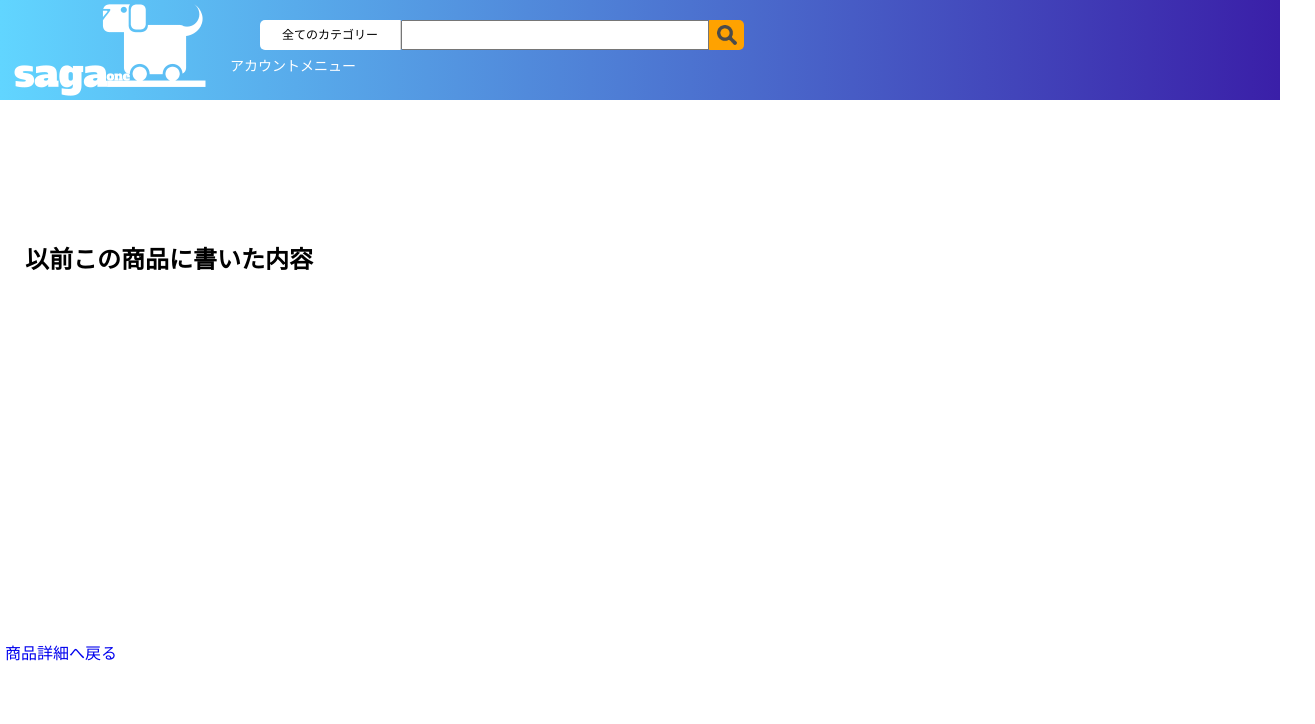
Repository: a4b3c2d1/backup
Page: http://localhost/sagaone-master/reviewCheck.jsp
These files come from the project's save history. The page is drawn as it stood at one moment and after the next save; the edit follows.
The browser window is 1280 px wide. The page is 1315 px wide, so the pictures cover 1315 px, including what lies to the right of the window. The pictures show the whole page.
The page is served by Tomcat 9. Other server files are loaded and not shown.

Above is the page before, as saved 2018-01-21 05:17:49.

### sagaone-master/WebContent/reviewCheck.jsp
<%@ page language="java" contentType="text/html; charset=UTF-8"
	pageEncoding="UTF-8"%>
<%@ taglib prefix="s" uri="/struts-tags"%>

<!DOCTYPE html PUBLIC "-//W3C//DTD HTML 4.01 Transitional//EN" "http://www.w3.org/TR/html4/loose.dtd">
<html>
<head>
<meta http-equiv="Content-Type" content="text/html; charset=UTF-8">
<meta http-equiv="Content-Script-Type" content="text/javascript" />
<meta http-equiv="Content-Style-Type" content="text/css" />
<link rel="stylesheet" type="text/css" href="./css/style.css">
<title>レビュー表示</title>
<style type="text/css">
a {
	text-decoration: none;
}

a:visited {
	color: #0066c0;
	text-decoration: none
}

#main {
	margin-top: 100px;
	margin-bottom: 60px;
	min-height: 100%;
	height: auto !important;
	height: 100%;
	position: relative;
}

.main1 {
	padding: 20px;
	width: 100%;
	height: 400px;
}

.rating {
	float: left;
	position: relative;
	width: 5em;
	height: 100px;
	font-size: 40px;
}

.rating-front {
	position: absolute;
	top: 0;
	left: 0;
	overflow: hidden;
	color: #ffcc33;
}

.rating-back {
	color: #ccc;
}

.botton1 {
	float: right;
	margin: 10px;
}

.main2 {
	width: 100%;
	clear: both;
}

.a:hover {
	color: #eb1515;
	cursor: pointer;
	text-decoration: underline;
}

.review2 {
	height: 250px;
	float: left;
	width: 650px;
}

.text {
	border: solid;
	border-width: 1px;
	width: 600px;
	font-size: 20px;
	min-height: 200px;
	font-family: monospace;
	border-color: rgb(169, 169, 169);
}

</style>

<script type="text/javascript">
	function showConfirm() {

		if (window.confirm('削除してもよろしいですか？')) {
			window.alert("削除されました")
			return true;
		} else {
			return false;
		}
	}
</script>
</head>
<header>


<div id="main-logo">
	<img src="./css/sagaone_logo.png" height="100px">
</div>

<div id="search-form">

	<s:form action="SearchItemAction">
		<div id="search-box">
			<select name="itemCategory" id="category">
				<option value="0">全てのカテゴリー</option>
				<option value="1">本</option>
				<option value="2">家電・パソコン</option>
				<option value="3">おもちゃ・ゲーム</option>
			</select> <input type="text" name="searchWord" id="search" />
		</div>
		<div class="search-btn">
			<input type="image" src="./css/searchIcon.png" width="20" height="20"
				class="icon" />
		</div>
	</s:form>
</div>

<div id="header-container">

	<ul id="normal" class="dropmenu">

		<li><s:if test="session.loginUserId != null">
				<s:property value="#session.loginUserId" />でログイン中
					</s:if></li>

		<li>アカウントメニュー
			<ul>
				<s:if test="session.loginUserId != null">
					<li><s:form action="MyPageAction">
							<s:submit value="マイページ" cssClass="b-btn" />
						</s:form></li>
				</s:if>

				<s:if test="session == null">
					<li><s:form action="LoginPageAction">
							<s:submit value="ログイン画面へ" cssClass="b-btn" />
						</s:form></li>
				</s:if>

				<s:if test="session.loginUser == null">
					<li><s:form action="LoginPageAction">
							<s:submit value="ログイン画面へ" cssClass="b-btn" />
						</s:form></li>
				</s:if>

				<s:if test="session.loginUser != null">
					<li><s:form action="LogoutAction">
							<s:submit value="ログアウト" cssClass="b-btn" />
						</s:form></li>
				</s:if>

				<li><s:form action="UserCreateAction">
						<s:submit value="ユーザー登録" cssClass="b-btn" />
					</s:form></li>

				<li><s:form action="ItemAction">
						<s:hidden name="offset" value="0"></s:hidden>
						<s:submit value="商品一覧" cssClass="b-btn" />
					</s:form></li>

				<li><s:form action="CartAction">
						<s:hidden name="cartFlg" value="1"></s:hidden>
						<s:submit value="カート確認" cssClass="b-btn" />
					</s:form></li>

				<s:if test="session.loginUser != null">
					<li><s:form action="PaymentAction">
							<s:submit value="決済" cssClass="b-btn" />
						</s:form></li>
				</s:if>
			</ul>
		</li>
	</ul>
</div>


</header>
<body>
	<div id="main">

		<div class="main1">

			<h2>以前この商品に書いた内容</h2>
			<s:iterator value="#session.reviewDTOList">

				<div class="review1">
					<span>ユーザー名： <s:property value="user_id" /></span> <br> <span>
						書き込み日：<s:property value="update_date" />
					</span>
				</div>

				<div class="rating">
					<div class="rating-front"
						style="width:calc(<s:property value="value" />*20%)">★★★★★</div>
					<div class="rating-back">★★★★★</div>
				</div>

				<div class="review2">
					<div class="text">
						<s:property value="review" />
					</div>

					<s:form action="ReviewEditAction">
						<input type="hidden" name="changeflg" value="1"></input>
						<span class="botton1"> <s:submit value="新しく書き直す"></s:submit></span>

					</s:form>
					<br>
					<s:form action="ReviewEditAction" onSubmit="return showConfirm()">
						<input type="hidden" name="deleteflg" value="1"></input>
						<span class="botton1"> <s:submit value="削除する"></s:submit></span>
					</s:form>
				</div>
			</s:iterator>
		</div>
		<div class="main2">

			<a
				href='<s:url action="ItemDetailAction"><s:param name="product_id" value="session.review_product_id" /><s:param name="category_id" value="session.review_category_id" /></s:url>'>
				<span class="a">商品詳細へ戻る</span>
			</a>
		</div>
	</div>
</body>
</html>

### sagaone-master/WebContent/css/style.css
@CHARSET "UTF-8";

html {
	min-height: 100%;
	position: relative;
}
body{
	margin: 0;
	font-family: Ariel, sans-serif;
	margin-bottom: 45px;
}
.clearfix:after {
	content: "";
	clear: both;
	display: block;
}

header{
	height: 100px;
	background-image: linear-gradient(-90deg, #3A1FA8, #61D5FF);
	color: white;
}

input{
	outline: none;
}

#main-logo{
	float: left;
	height: 100px;
	padding-left: 10px;
}

#search-form{
	padding-top: 20px;
	min-width: 500px;
	height: 30px;
	margin-left: 260px;
	line-height: 20px;
}

#search-box{
	margin: 0;
	float:left;
	height: 30px;
}

#category{
	appearance: none;
	background: #fff;
	vertical-align: middle;
	color: black;
	box-sizing: content-box;
	border: 0;
	border-right: 1px solid #d7d7d7;
	border-radius: 5px 0 0 5px;
	margin: 0;
	float:left;
	height: 30px;
	width: 140px;
	font-size: 12px;
	text-align: center;
}

#search{
	margin: 0;
	float: left;
	height: 24px;
	width: 300px;
}

.search-btn{
	position: relative;
	margin: 0;
	float: left;
	height: 30px;
	width: 35px;
	background-color: #ffa200;
	box-sizing:border-box;
	border: none;
	border-radius: 0 5px 5px 0;
	color: black;
	box-shadow: none;
	outline: none;
	inline: none;
	text-align: center;
	line-height: 22px;
}
.search-btn input {
	padding-top: 5px;
}
.search-btn:hover{
	cursor: pointer;
	opacity: 0.9;
}

#header-container{
	min-width: 600px;
	width: 65%;
	height: 50px;
	margin-top: 0px;
	margin-left: 230px;
}
#itemmenu, #acountmenu {
  float: left;
  position: relative;
  width: 180px;
  height: 30px;
  margin: 0;
  padding-top: 15px;
  text-align: center;
}

#welcome{
	float: right;
	width: 180px;
	height: 30px;
	padding-top: 15px;
}

.dropmenu{
float: left;
  *zoom: 1;
  list-style-type: none;
  width: 100%;
  height:45px;
  margin: 5px auto 0;
  padding: 0;
  font-size: 14px;
}
.dropmenu:before, .dropmenu:after{
  content: "";
  display: table;
}
.dropmenu:after{
  clear: both;
}

.drop-topic {
	display: inherit;
	height: 100%;
	text-align: center;
}
.b-btn, .c-btn{
  display: block;
  margin: 0;
  padding: 15px 0 11px;
  width: 100%;
  background: #fff;
  box-shadow: 3px 3px 10px #cccccc;
  color: black;
  font-size: 14px;
  line-height: 1;
  text-decoration: none;
  text-align: center;
  border: transparent 1px solid ;
  transition: 0.2s;
}
.item-drop, .acount-drop {
  display: none;
  list-style: none;
  position: absolute;
  z-index: 9999;
  top: 100%;
  width: 180px;
  margin: 0;
  padding: 0;
    border: 1px solid #aaa;
    transition: opacity 0.2s linear;
}

.item-drop li{
  width: 100%;
}
.acount-drop li {
	width: 100%;
}
.dropmenu li:hover ul{
  display: block;
}

.dropmenu li ul li{
  overflow: hidden;
  height: 0;
  transition: .2s;
}

.dropmenu li:hover ul li{
  overflow: visible;
  height: 38px;
}
.b-btn{
  padding: 13px 15px;
  background: #fff;
  text-align: center;
}
.acount-drop:hover > .b-btn{
  background: #59c5ff;
  transition: .2s;
}
.b-btn:hover{
  	letter-spacing: 3px;
	background-color: #59c5ff;
	color: #fff;
}

.c-btn{
  padding: 13px 15px;
  background: #fff;
  text-align: center;
}
.item-drop:hover > .c-btn{
  background: #00d977;
  transition: .2s;
}
.c-btn:hover{
  	letter-spacing: 3px;
	background-color: #00d977;
	color: #fff;
}

.item-drop {
  display: none;
}



#main{
	margin: 50px 5px 60px ;
}

footer{
	clear: both;
	position: absolute;
	bottom: 0;
	width: 100%;
	height: 45px;
	line-height: 50px;
	text-align: center;
	background-image: linear-gradient(-90deg, #3A1FA8, #61D5FF);
	color: white;
}

After the next save:
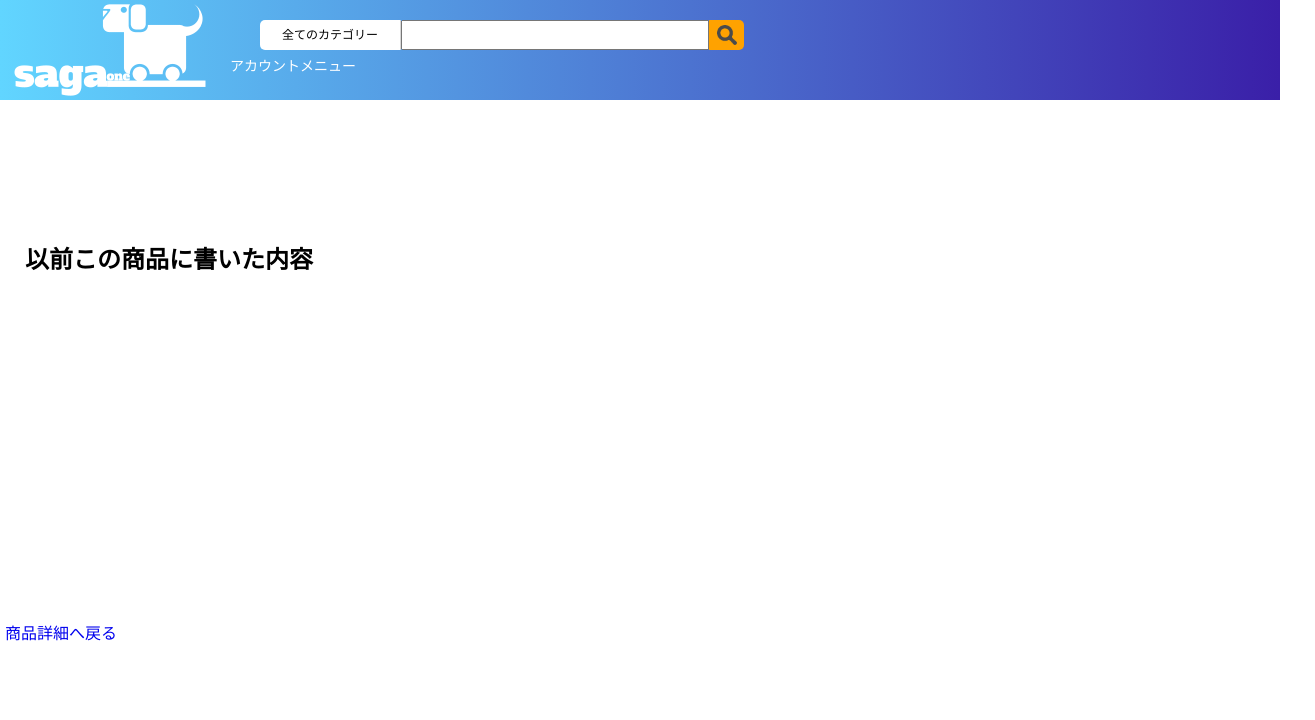
Saved 19 s later.
--- a/sagaone-master/WebContent/reviewCheck.jsp
+++ b/sagaone-master/WebContent/reviewCheck.jsp
@@ -32,7 +32,7 @@ a:visited {
 .main1 {
 	padding: 20px;
 	width: 100%;
-	height: 400px;
+	height: 380px;
 }
 
 .rating {
